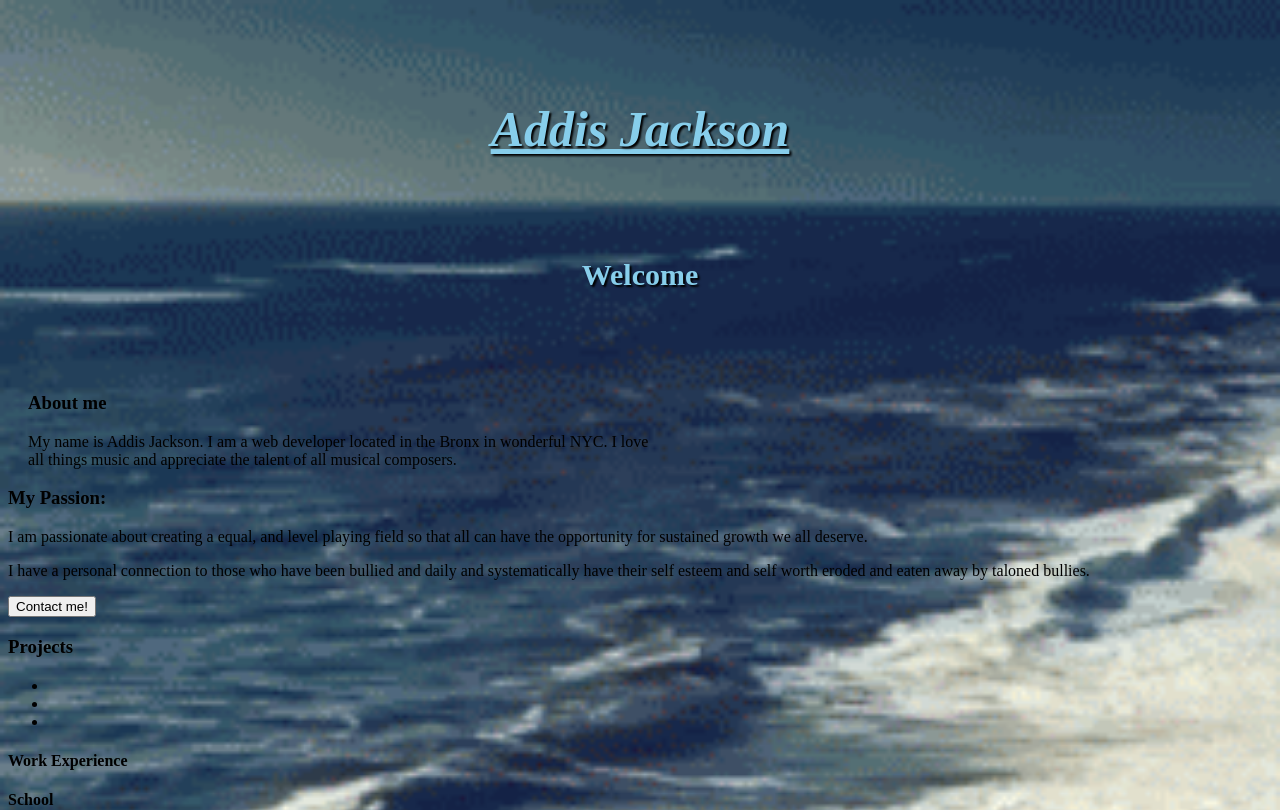
Repository: 10-2-pursuit/lab-design-assets
Page: index.html
The author's editor kept a copy of each file at every save. The page is drawn from the files as they stood at one save, then again after the next save.
The browser window is 1280 px wide. The pictures show the part of the page from y = 0 to 810 px (the page is 1758 px tall before and 1865 px after).
A picture or video elsewhere on the page could not be fetched, so the positions and the page height are approximate.

Above is the page before, as saved 2023-07-16 04:49:14.

### index.html
<!DOCTYPE html>
<html lang="en">
  <head>
    <meta charset="UTF-8" />
    <meta http-equiv="X-UA-Compatible" content="IE=edge" />
    <meta name="viewport" content="width=device-width, initial-scale=1.0" />
    <link rel="stylesheet" href="style.css" />
    <title>MY PORTFOLIO</title>
  </head>
  <body>
    <header>
      <h1>Addis Jackson</h1>
    </header>
    <main>
      <section>
        <h2>Welcome</h2>
        <article for="about" class="about">
          <h3>About me</h3>
          <p>
            My name is Addis Jackson.
            I am a web developer located in the Bronx in wonderful NYC.
            I love all things music and appreciate the talent of all musical composers.
          </p>
        </article>
        <article for="passion" class="passion">
          <h3>My Passion:</h3>
          <p>I am passionate about creating a equal, and level playing field so that all can have the opportunity for sustained growth we all deserve.</p>
          <p>I have a personal connection to those who have been bullied and daily and systematically have their self esteem and self worth eroded and eaten away by taloned bullies.</p>
          <button>Contact me!</button>
        </article>
      </section>
      <section>
        <h3>Projects</h3>
        <article>
          <ul>
            <!-- TO DO LINK TO THE THREE LABS OR PROJECTS YOU ARE MOST PROUD OF SO FAR -->
            <li><a href=""></a></li>
            <li><a href=""></a></li>
            <li><a href=""></a></li>
          </ul>
        </article>
      </section>
    </main>
    <aside>
      <h4>Work Experience</h4>
      <!-- add whatever details you want here -->
      <h4>School</h4>
      <!-- add whatever details you want here -->
    </aside>
    <footer>
      <ul>
        <li>
          <!-- TO DO UPDATE LINKS TO GO TO YOUR PROFILES/EMAIL -->
          <a href="https://www.linkedin.com/"
            ><img src="./assets/LinkedIn-Logos/LI-Logo.png" alt=""
          /></a>
        </li>
        <li>
          <a href="https://github.com"
            ><img src="./assets/github-mark/github-mark.png" alt=""
          /></a>
        </li>
        <li>
          <a href="mailto:YOUR@EMAIL.HERE"
            ><img src="./assets/email-g8e9fd44a3_640.png" alt="Email me"
          /></a>
        </li>
      </ul>
    </footer>
  </body>
</html>

### style.css
body {
    background-image: url("./assets/waves-beach.gif");
    background-repeat: no-repeat;
    background-size: cover;
}

h1 {
    font-size: 50px;
    color: skyblue;
    text-align: center;
    margin-top: 100px;
    margin-bottom: 100px;
    text-shadow: 2px 2px 2px black;
    font-weight: bold;
    font-family: Calibri Light, Calibri,;
    font-style: italic;
    text-decoration: underline;
}

h2 {
    font-size: 30px;
    color: skyblue;
    text-align: center;
    margin-top: 100px;
    margin-bottom: 100px;
    text-shadow: 2px 2px 2px black;
    font-weight: bold;
    font-family: fantasy;
}

.about .passion {
    display: inline-block;
}

.about {
    text-align: left;
    margin-top: 10px;
    margin-bottom: 10px;
    margin-left: 20px;
    margin-right: 200px;
    width: 50%
}

.about p {
    word-wrap: width ;
}
.passion p {
    word-wrap: width ;
}

.passion {

    text-align: left;
    margin-top: 10px;
    margin-bottom: 10px;
    margin-right: 20px;
}

After the next save:
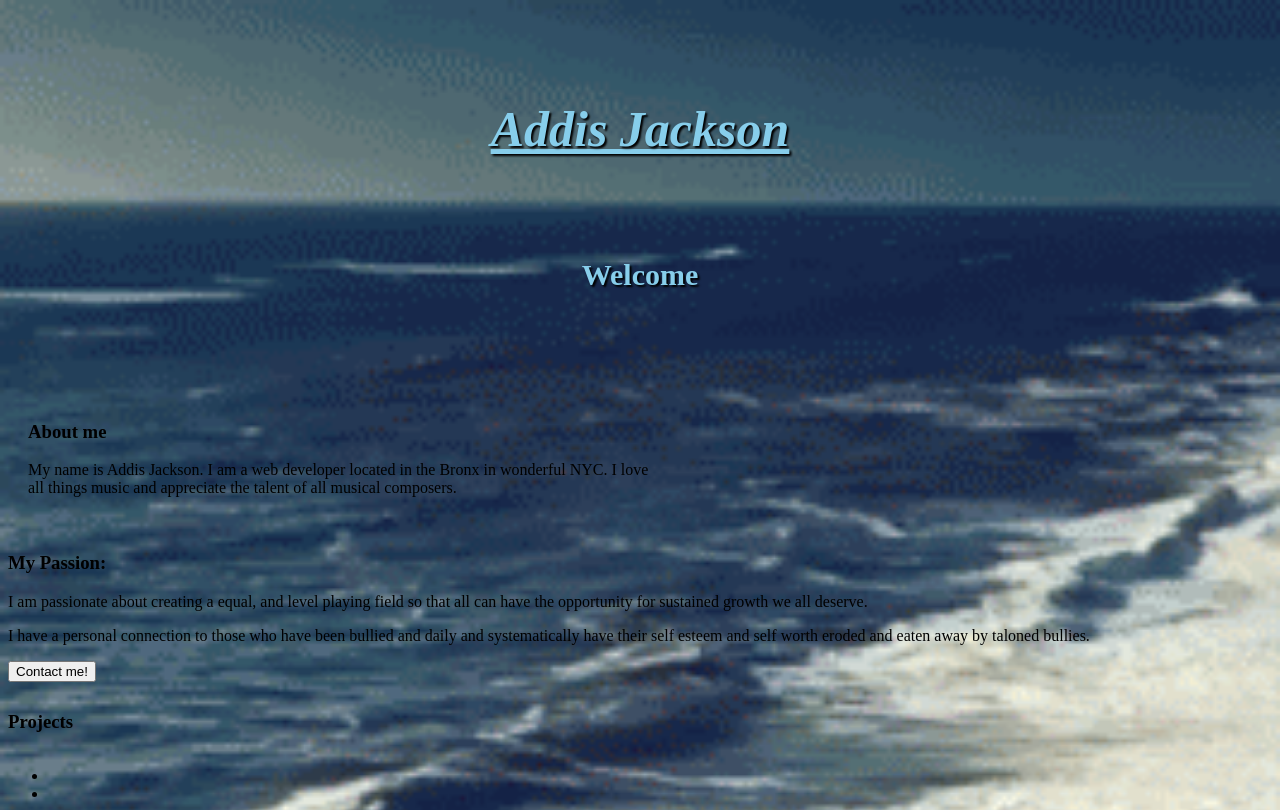
Saved 62 s later.
--- a/style.css
+++ b/style.css
@@ -28,7 +28,7 @@ h2 {
     font-family: fantasy;
 }
 
-.about .passion {
+article {
     display: inline-block;
 }
 
